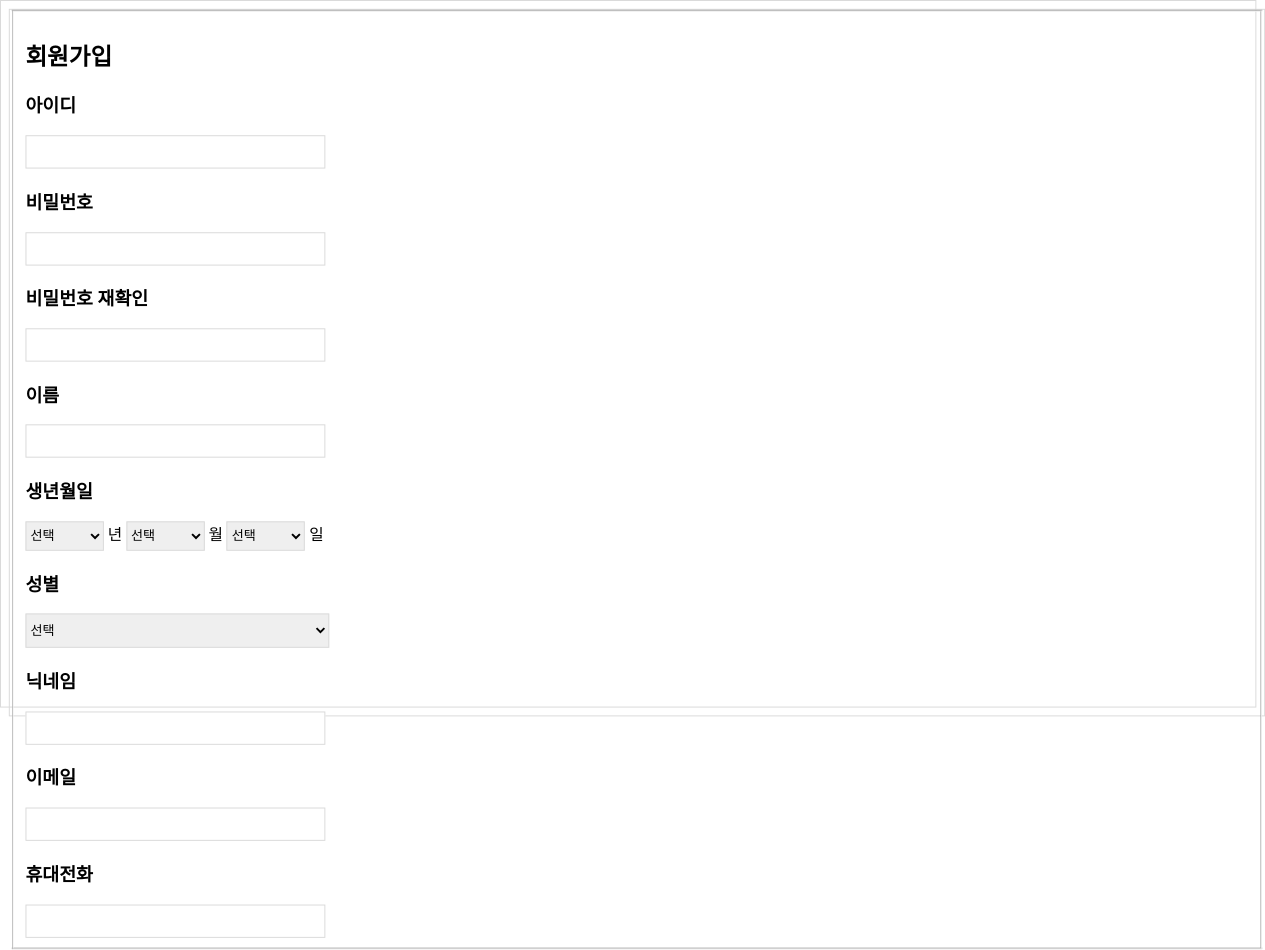
Repository: agheha/trillion
Page: YH/login/login.html
The author's editor kept a copy of each file at every save. The page is drawn from the files as they stood at one save, then again after the next save.
The browser window is 1280 px wide. The page is 1291 px wide, then 1288 px, so the pictures cover 1291 px, including what lies to the right of the window. The pictures show the whole page, at 98% of full size.

Above is the page before, as saved 2019-09-03 18:12:01.

After the next save:
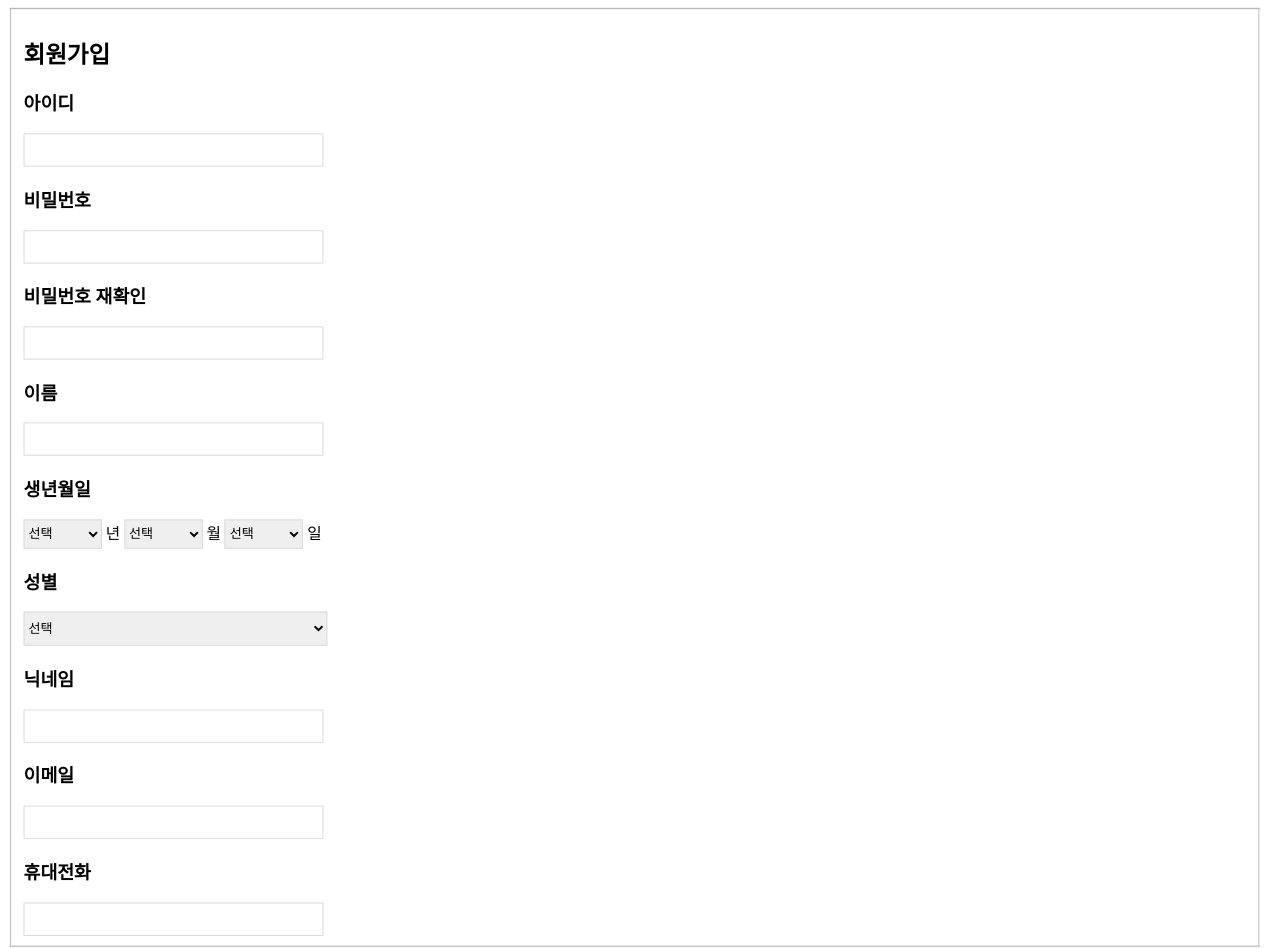
Saved 14 s later.
--- a/YH/login/login.css
+++ b/YH/login/login.css
@@ -2,7 +2,6 @@ body,html {
     width : 100%;
     height: 100%;
     margin: 0, auto;
-    border: 1px solid #dadada;
 }
 input{
     width: 300px;
